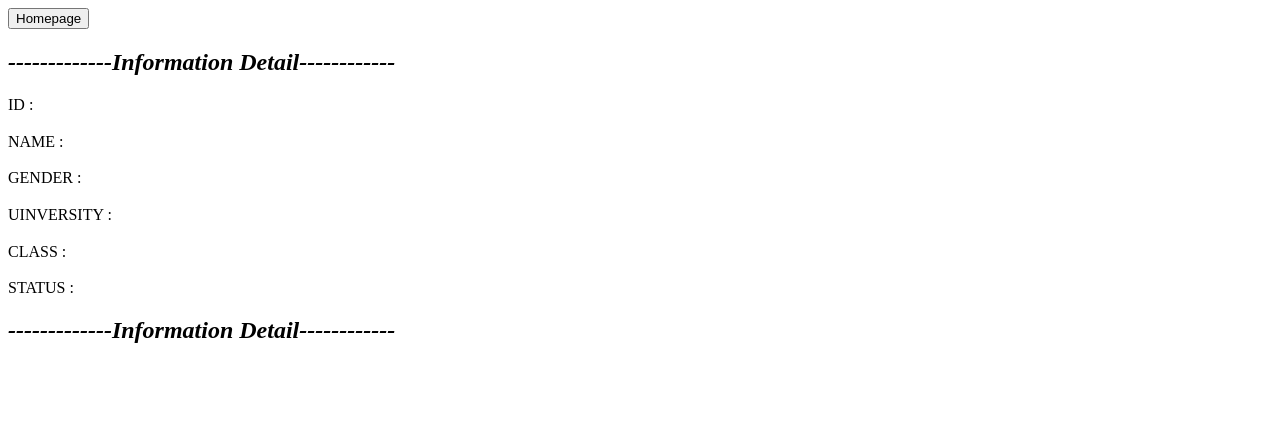
Repository: kepisal/ServletJAVA
Page: AjaxStaffandStudent/WebContent/pages/viewdetails.html
The author's editor kept a copy of each file at every save. The page is drawn from the files as they stood at one save, then again after the next save.
The browser window is 1280 px wide. The pictures show the whole page.

Above is the page before, as saved 2015-07-10 15:39:43.

After the next save:
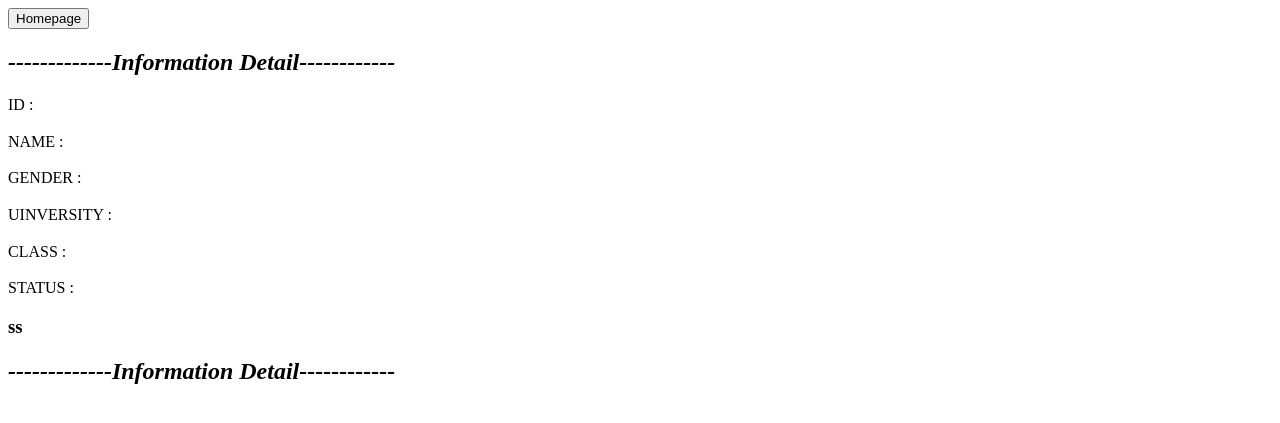
Saved 18 s later.
--- a/AjaxStaffandStudent/WebContent/pages/viewdetails.html
+++ b/AjaxStaffandStudent/WebContent/pages/viewdetails.html
@@ -15,7 +15,7 @@
 		<label>GENDER     :</label><h3 id="stugender"></h3>
 		<label>UINVERSITY :</label><h3 id="stuuniversity"></h3>
 		<label>CLASS      :</label><h3 id="stuclass"></h3>
-		<label>STATUS     :</label><h3 id="stustatus"></h3>
+		<label>STATUS     :</label><h3 id="stustatus">ss</h3>
 		<i><h2>-------------Information Detail------------</h2></i>
 	</div>
 </body>
